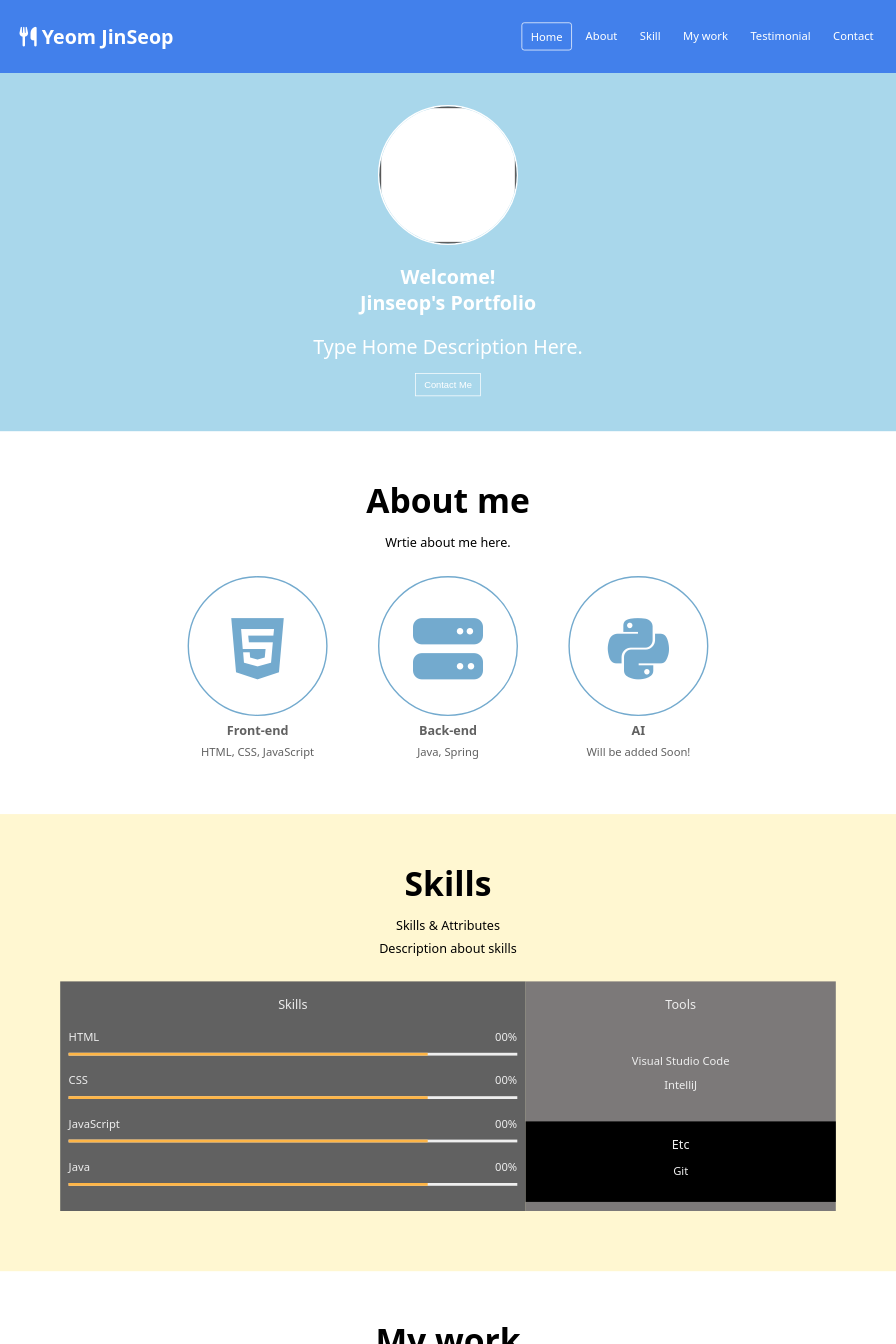
Repository: YEOMJINSEOP/yeomjinseop.github.io
Page: index.html
An editor plug-in stored every save of this project. The page is shown before and after the next save, followed by the edit.
The browser window is 1280 px wide. The pictures show the part of the page from y = 0 to 1920 px (the page is 2724 px tall), at 70% of full size.
Some web libraries are served in a nearby version.

Above is the page before, as saved 2022-08-15 17:23:27.

### index.html
<!DOCTYPE html>
<html lang="en">
<head>
  <meta charset="UTF-8">
  <meta http-equiv="X-UA-Compatible" content="IE=edge">
  <meta name="viewport" content="width=device-width, initial-scale=1.0">
  <title>Jinseop's Portfolio</title>
  <meta name="author" content="Jinseop Yeom">
  <meta name="description" content="Portfolio Website For Jinseop Yeom">

  <!--Logo Image-->
  <link rel="icon" type="image/png" href="images/favicon.png">


  <!--Font Awesome-->
  <script src="https://kit.fontawesome.com/d24b25bb21.js" crossorigin="anonymous"></script>

  <!--Google Fonts-->
  <link rel="preconnect" href="https://fonts.googleapis.com">
  <link rel="preconnect" href="https://fonts.gstatic.com" crossorigin>
  <link href="https://fonts.googleapis.com/css2?family=Open+Sans:wght@400;600;700&display=swap" rel="stylesheet">

  <!--CSS-->
  <link rel="stylesheet" href="style.css">

  <!--JavaScript-->
  <script src="main.js" defer></script>

</head>
<body>
  <!--Navbar-->
  <nav id="navbar">
    <div class="navbar__logo">
      <i class="fa-solid fa-utensils"></i>
      <a href="#">Yeom JinSeop</a>
    </div>
    <div>
      <ul class="navbar__menu">
        <li class="navbar__menu__item active">Home</li>
        <li class="navbar__menu__item">About</li>
        <li class="navbar__menu__item">Skill</li>
        <li class="navbar__menu__item">My work</li>
        <li class="navbar__menu__item">Testimonial</li>
        <li class="navbar__menu__item">Contact</li>
      </ul>
    </div>

      <!-- Toggle button -->
  <button class="toggle_button">
    <i class="fa-solid fa-bars"></i>
  </button>
  </nav>



  <!-- Home -->
  <section id="home" class="section">
    <img src="/images/whileimage.png" alt="Jinseop's image" class="home__avatar">
    <h1 class="home__title">Welcome! <br/> Jinseop's Portfolio</h1>
    <h3 class="home__description">Type Home Description Here.</h3>
    <button class="home__button">Contact Me</button>
  </section>

  <!--About-->
  <section id="about" class="section">
    <div class="section__container">
      <h1>About me</h1>
      <p>Wrtie about me here.</p>

      <div class="about__majors">

        <div class="major">
          <div class="major__icon">
            <i class="fa-brands fa-html5"></i>
          </div>
          <div class="major__title">
            Front-end
          </div>
          <div class="major__description">
            HTML, CSS, JavaScript
          </div>
        </div>

        <div class="major">
          <div class="major__icon">
            <i class="fa-solid fa-server"></i>
          </div>
          <div class="major__title">
            Back-end
          </div>
          <div class="major__description">
            Java, Spring
          </div>
        </div>


        <div class="major">
          <div class="major__icon">
            <i class="fa-brands fa-python"></i>
          </div>
          <div class="major__title">
            AI
          </div>
          <div class="major__description">
            Will be added Soon!
          </div>
        </div>

      </div>
    </div>
  </section>

  <!--Skills-->
  <section id="skills" class="section">
    <div class="section__container">
      <h1>Skills</h1>
    <h3>Skills & Attributes</h3>
    <p>Description about skills</p>
    <div class="skillset">
      <div class="skillset__left">
        <h3 class="skillset__title">Skills</h3>
        <div class="skill">
          <div class="skill__description">
            <span>HTML</span>
            <span>00%</span>
          </div>

          <div class="skill__bar">
            <div class="skill__value"></div>
          </div>
        </div>

        <div class="skill">
          <div class="skill__description">
            <span>CSS</span>
            <span>00%</span>
          </div>

          <div class="skill__bar">
            <div class="skill__value"></div>
          </div>

          <div class="skill">
            <div class="skill__description">
              <span>JavaScript</span>
              <span>00%</span>
            </div>

            <div class="skill__bar">
              <div class="skill__value"></div>
            </div>
          </div>
        </div>

        <div class="skill">
          <div class="skill__description">
            <span>Java</span>
            <span>00%</span>
          </div>

          <div class="skill__bar">
            <div class="skill__value"></div>
          </div>
        </div>
      </div>

      <div class="skillset__right">
        <div class="tools">
          <h3 class="skillset__title">Tools</h3>
          <ul class="tools__list">
            <li><span>Visual Studio Code</span></li>
            <li><span>IntelliJ</span></li>
          </ul>
        </div>

        <div class="etc">
          <h3 class="skillset__title">Etc</h3>
          <ul class="etc__list">
            <li><span>Git</span></li>
          </ul>
        </div>
      </div>
    </div>
    </div>
  </section>

  <!--Work-->
  <section id="work" class="section">
   <div class="section__container">
    <h1>My work</h1>
    <h3>Projects</h3>
    <div class="work__categories">
      <button class="category__btn">All<span class="category__count">3</span></button>
      <button class="category__btn">Front-end<span class="category__count">1</span></button>
      <button class="category__btn">Back-end<span class="category__count">1</span></button>
      <button class="category__btn">AI<span class="category__count">1</span></button>
    </div>

    <div class="work__projects">
      <a href="#" class="project" target="blank">
        <img src="images/whileimage.png" alt="project image" class="project__image">
        <div class="project__description">
          <h3>Project Name</h3>
          <span>Description about Project</span>
        </div>
      </a>

      <a href="#" class="project" target="blank">
        <img src="images/whileimage.png" alt="project image" class="project__image">
        <div class="project__description">
          <h3>Project Name</h3>
          <span>Description about Project</span>
        </div>
      </a>

      <a href="#" class="project" target="blank">
        <img src="images/whileimage.png" alt="project image" class="project__image">
        <div class="project__description">
          <h3>Project Name</h3>
          <span>Description about Project</span>
        </div>
      </a>
    </div>
   </div>
  </section>

  <!--Testimonial-->
  <!-- <section id="testimonial" class="section">
    <h1>Testimonial</h1>
    <h3>See What They Say About Me</h3>
    <div class="testimonials">
      <div class="testimonial">
        <img src="" alt="Person Image" class="testimonial__avatar">
        <div class="testimonial__speech_bubble">
          <p>Recommendation Talk Here.</p>
          <p class="name"><a href="#">Professor A</a></p>
        </div>
      </div>

      <div class="testimonial">
        <img src="" alt="Person Image" class="testimonial__avatar">
        <div class="testimonial__speech_bubble">
          <p>Recommendation Talk Here.</p>
          <p class="name"><a href="#">Professor A</a></p>
        </div>
      </div>
    </div>
  </section> -->

  <!--Contact-->
  <section id="contact" class="section">
    <h1>Contact Me</h1>
    <h3>yeomjinseop@gmail.com</h3>
    <div class="contact_links">
      <a href="https://github.com/YEOMJINSEOP" target="blank">
        <i class = "fab fa-github"></i>
      </a>
    </div>
    <p class="contact_rights">
      2022 YEOM JINSEOP - All rights reserved
    </p>
  </section>
</body>
</html>

### style.css
 /* Global */

 :root{
  /* Color */
  --color-white: #ffffff;
  --color-light-white: #eeeeee;
  --color-dark-white: #bdbdbd;
  --color-pink: #fe918d;
  --color-dark-pink: #ff6863;
  --color-deep-pink: #FF8ACA;
  --color-black: #4d4d4d;
  --color-grey: #616161;
  --color-light-gray: #7c7979;
  --color-blue: #73aace;
  --color-yellow: #fff7d1;
  --color-light-yellow: #FBFAE2;
  --color-orange: #feb546;
  --color-black: #000000;
  --color-yellow-green: #BEEBA9;
  --color-sky-blue: #A9D7EB;
  --color-deep-blue: #4280EB;
  --color-dark-deep-blue: #627BA3;

  /* Font size */
  --font-large: 48px;
  --font-medium: 28px;
  --font-regular: 18px;
  --font-small: 16px;
  --font-micro: 14px;


  /* Font Weight */
  --weight-bold: 700;
  --weight-semi-bold: 600;
  --weight-regular: 400;

  /* Size */
  --size-border-radius: 4px;

  /* Animation */
  --animation-duration: 300ms;

 }

 /* Universal tages */
 * {
  box-sizing: border-box;
 }

 body{
  margin: 0;
  font-family:system-ui, -apple-system, BlinkMacSystemFont, 'Segoe UI', Roboto, Oxygen, Ubuntu, Cantarell, 'Open Sans', 'Helvetica Neue', sans-serif;
  cursor: default;
}

 a{
  text-decoration: none;
  color: var(--color-white);
 }

 ul{
  list-style: none;
  padding-left: 0;
 }

 button{
  background-color: transparent;
  border: none;
  cursor: pointer;
 }



 /* Typography */

 h1{
  font-size: var(--font-large);
  font-weight: var(--weight-bold);
  color: var(--color-black);
  margin: 16px 0;
 }

 h2{
  font-size: var(--font-medium);
  font-weight: var(--weight-semi-bold);
  color: var(--color-black);
  margin: 8px 0;
 }

 h3{
  font-size: var(--font-regular);
  font-weight: var(--weight-regular);
  color: var(--color-black);
  margin: 8px 0;
 }

 p{
  font-size: var(--font-regular);
  font-weight:  var(--font-regular);
  color: var(--color-black);
  margin: 4px 0;
 }

 /* Body  */

 /* Nav */
 #navbar{
  display: flex;
  position: fixed;
  width: 100%;
  justify-content: space-between;
  align-items: center;
  background-color: var(--color-deep-blue);
  color: var(--color-white);
  padding: 16px;
 }

 #navbar.navbar__dark{
  background-color: var(--color-deep-blue);
 }

 .navbar__logo{
  font-size: var(--font-medium);
  font-weight: var(--weight-semi-bold);
  padding: 8px 12px;
 }

 .navbar__menu{
  display: flex;
  font-size: var(--font-small);
  font-weight: var(--weight-regular);
 }

 .navbar__menu__item.active{
  border: 1px solid white;
 }

 .navbar__menu__item{
  padding: 8px 12px;
  margin: 0 4px;
  border-radius: var(--size-border-radius);
  cursor: pointer;
 }

 .navbar__menu__item:hover{
  background-color: var(--color-dark-deep-blue);
 }

 /* Home */

 #home{
  background-color: var(--color-sky-blue);
  background-position: center;
  background-repeat: no-repeat;
  background-size: cover;
  padding-top: 150px;
  text-align: center;
 }

 .home__avatar{
  border: 2px solid var(--color-white);
  border-radius: 50%;
  width: 200px;
  height: 200px;
 }

 .home__title,
 .home__description{
  font-size: var(--font-medium);
  color: var(--color-white);
  padding: 4px;
 }

 .home__button{
  border: 1px solid var(--color-white);
  padding: 8px 12px;
  margin-top: 8px;
  color: var(--color-white);
 }

.home__button:hover{
  background-color: var(--color-deep-blue);
}

/* Section Common */
.section{
  padding: 50px;
  text-align: center;
}

.section__contatiner{
  max-width: 1200px;
}

/* About */

.about__majors{
  display: flex;
  justify-content: center;
  margin: 8px 12px;
  padding: 12px;
}

.major{
  margin: 8px 24px;
}

.major__icon{
  height: 200px;
  width: 200px;
  font-size: 100px;
  line-height: 200px;
  border: 2px solid var(--color-blue);
  border-radius: 50%;
  color: var(--color-blue);
  margin: 8px 12px;
  transition: all var(--animation-duration) linear;
}

.major__icon:hover{
  color: var(--color-orange);
  border-color: var(--color-orange);
}

.major__icon:hover i{
  transform: scale(120%);
}


.major__title {
  font-size: var(--font-regular);
  font-weight: var(--weight-semi-bold);
  color:var(--color-grey);
  margin: 8px;;
}

.major__description{
  font-size: var(--font-small);
  color: var(--color-grey);
}

.about__jobs{
  margin: 12px 0;
}

.job{
  display: flex;
  align-items: center;
}

.job__logo{
  padding: 8px;
  margin: 4px 12px;
}

.job__name{
  font-size: var(--font-small);
}

.job__description{
  font-size: var(--font-micro);
}

/* Skill */

#skills{
  background-color: var(--color-yellow);
}
.skillset{
  display: flex;
  justify-content: center;
  margin: 12px 12px;
  padding: 24px;
  color: var(--color-light-white);
}

.skillset__left{
  padding: 12px;
  flex-basis: 60%;
  background-color: var(--color-grey);
}

.skill{
  margin: 24px 0;
}

.skill__description{
  display: flex;
  justify-content: space-between;
}

.skillset__title{
  color: var(--color-light-white);
  margin: 8px 0;
}

.skill__bar{
  width: 100%;
  height: 4px;
  background-color: var(--color-light-white);
  margin: 12px 0;
}

.skill__value{
  width: 80%;
  /* width는 html에 style로 넣어서 각각 지정하기! */
  height: 4px;
  background-color: var(--color-orange);
}


.skillset__right{
  flex-basis:40%;
  background-color: var(--color-light-gray);
}

.tools{
  padding: 12px;
  height:200px;
}

.tools__list{
  padding: 30px 0;
}

.tools__list li{
  margin: 12px;
}


.etc{
  background-color: var(--color-black);
  height: 115px;
  padding: 12px;
}

/* Work */

.work__categories{
  margin: 24px 0 ;
  padding: 12px 0;
}

.category__btn{
  border: 1px solid var(--color-black);
  background-color: var(--color-white);
  padding: 4px 32px;
  margin: 4px 8px;
  font-size: var(--font-small);
  font-weight: var(--weight-semi-bold);
}

.category__btn:hover {
  background-color: var(--color-light-white);
}

.category__btn:hover .category__count{
  opacity: 1;
  transform: translateY(0);
}

.category__count{
  width:  20px;
  height: 20px;
  line-height: 20px;
  color: var(--color-white);
  margin-left: 5px;
  background-color: var(--color-orange);
  display: inline-block;
  border-radius: 50%;
  opacity: 0;
  transition: all var(--animation-duration) ease-in;
  transform: translateY(-10px);
}

.work__projects{
  display: flex;
  flex-wrap:wrap;
  align-items: center;
  justify-content: center;
}

.project__image{
  width: 100%;
  height: 100%;
}

.project{
  position: relative;
  width: 200px;
  height: 200px;
  margin: 10px;
}

.project__description{
  position: absolute;
  top:0px;
  left:0px;
  background-color: var(--color-grey);
  width: 100%;
  height: 100%;
  display: flex;
  flex-direction: column;
  justify-content: center;
  opacity: 0;
  transition: all var(--animation-duration) ease-in;
  transform: translateY(-10px);
}

.project__description h3{
  color: var(--color-white);
}

.project__description h3:after{
  content: " ";
  display: block;
  position: relative;
  left: 50%;
  width: 20px;
  height: 2px;
  margin-top: 8px;
  margin-left: -8px;
  background-color: var(--color-white);
}

.project__description:hover{
  opacity: 0.8;
  transform: translateY(0);
}

/* Contact */

#contact{
  background-color: var(--color-dark-white);
}

.contact_links{
  padding: 24px 0;
}

.contact_links i{
  font-size: var(--font-large);
  color: var(--color-white);

}

.contact_links i:hover{
  color: var(--color-yellow);
  transform: scale(120%);
}

.toggle_button{
  position: absolute;
  top: 26px;
  right: 36px;
  font-size: var(--font-medium);
  color: var(--color-white);
  display: none;
}

@media screen and (max-width: 768px) {
  #navbar{
    display: flex;
    flex-direction: column;
  }

  .toggle_button{
    display: block;
  }

  .navbar__menu{
    width: 100%;
    display: None;
  }

  .about__majors{
    display: flex;
    flex-direction: column;
    align-items: center;
  }
  .major{
    margin: 0;
    margin-bottom: 48px;
  }

  .skillset{
    display: flex;
    flex-direction: column;
  }
}

### main.js
'use strict';

// Make navvar transparent when it is on the top.

const navbar = document.querySelector('#navbar');
const navbarHeight = navbar.getBoundingClientRect().height;

document.addEventListener('scroll', () => {
    console.log(window.scrollY);
    console.log("navbarHeight : ", navbarHeight);
    if(scrollY > navbarHeight){
      navbar.classList.add('navbar__dark');
    } else {
      navbar.classList.remove('navbar__dark');
    }
  })

After the next save:
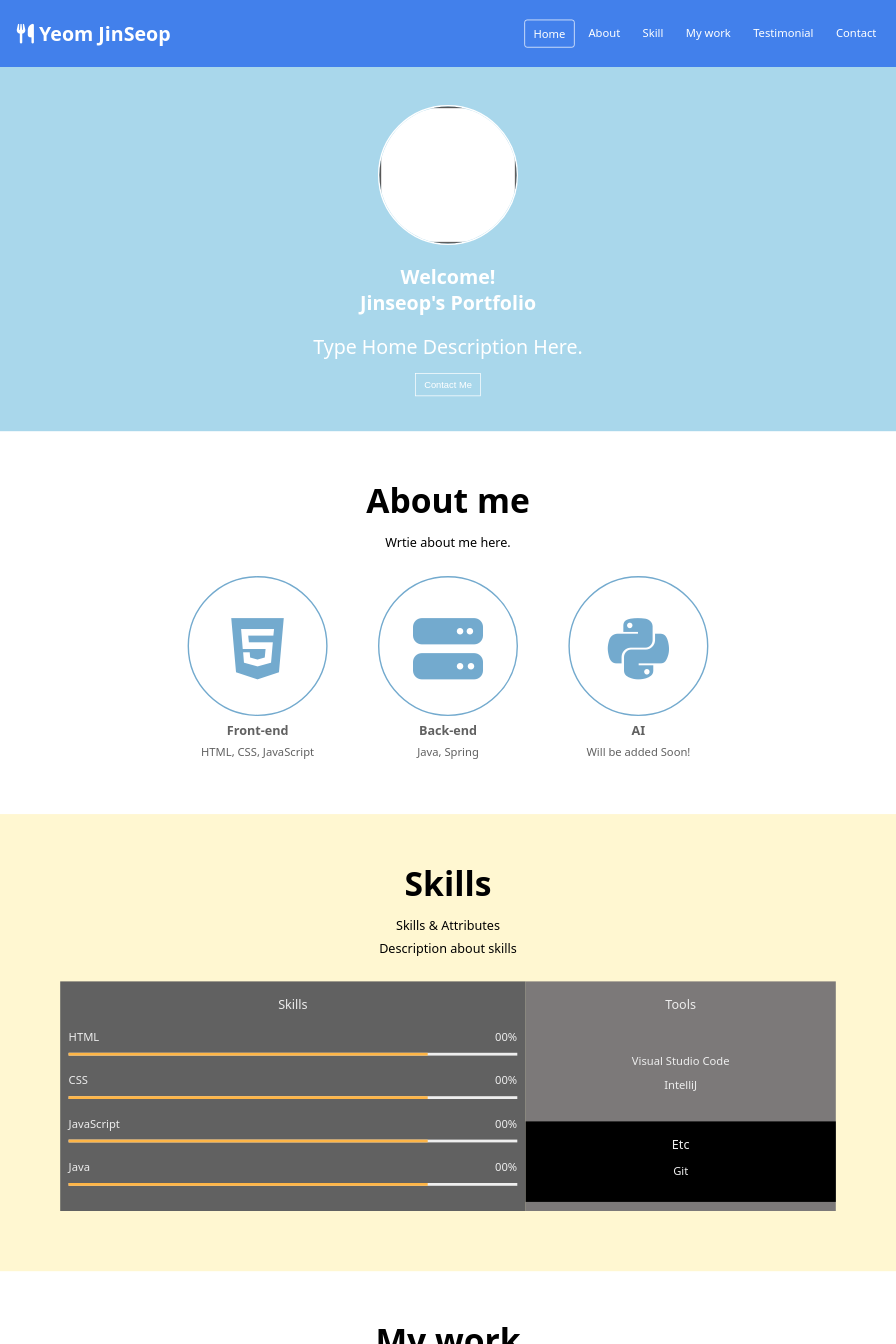
Saved 14 s later.
--- a/style.css
+++ b/style.css
@@ -112,7 +112,7 @@
   align-items: center;
   background-color: var(--color-deep-blue);
   color: var(--color-white);
-  padding: 16px;
+  padding: 12px;
  }
 
  #navbar.navbar__dark{
